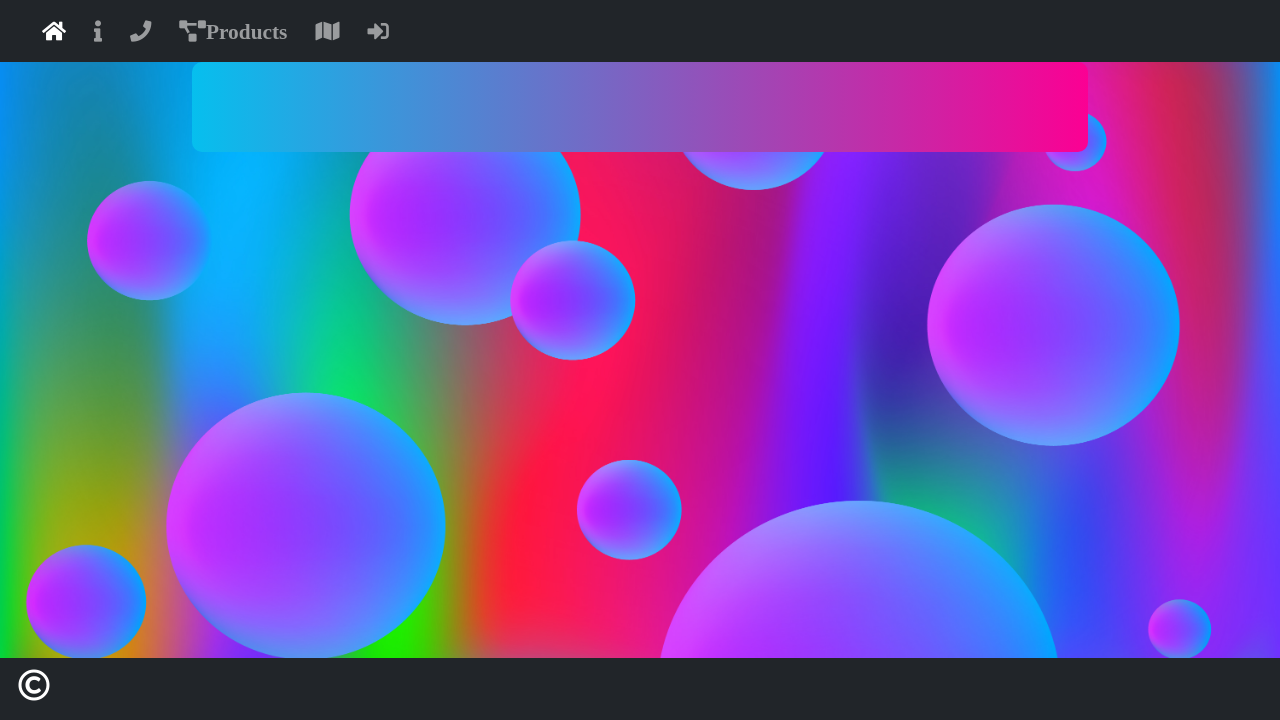
Repository: vans12345678/WEBD6201-W2021-Lab2
Page: index.html
The author's editor kept a copy of each file at every save. The page is drawn from the files as they stood at one save, then again after the next save.
The browser window is 1280 px wide. The pictures show the whole page.

Above is the page before, as saved 2021-02-25 18:39:55.
Console error: ReferenceError: core is not defined

### index.html
<!--Index.html
Name: Andre Agrippa, Michai Pryce
Date: 02/05/2021
-->
<!DOCTYPE html>
<html lang="en">
<head>
    <meta charset="UTF-8">
    <meta name="viewport" content="width=device-width, initial-scale=1.0">
    <title>Index</title>

    <!-- CSS Section -->
    <link rel="stylesheet" href="./node_modules/bootstrap/dist/css/bootstrap.min.css">
    <link rel="stylesheet" href="./node_modules/@fortawesome/fontawesome-free/css/all.min.css">
    <link rel="stylesheet" href="./Content/app.css">
</head>
<body class ="Vapor">
  <!-- Main Header -->
    <header>
      <!-- Main Navigation -->
        <nav class="navbar navbar-expand-lg navbar-dark bg-dark">
            <div class="container-fluid">
              <a id ="navHome" class="navbar-brand" href="index.html"></a>
              <button class="navbar-toggler" type="button" data-bs-toggle="collapse" data-bs-target="#navbarSupportedContent" aria-controls="navbarSupportedContent" aria-expanded="false" aria-label="Toggle navigation">
                <span class="navbar-toggler-icon"></span>
              </button>
              <div class="collapse navbar-collapse" id="navbarSupportedContent">
                <ul id = "ulNav" class="navbar-nav me-auto mb-2 mb-lg-0">
                  <li class="nav-item">
                    <a  class="nav-link active" aria-current="page" href="index.html"><i id ="navIndex"class = "fas fa-home fa-lg"></i></a>
                  </li>
                  <li class="nav-item" id ="navAbout">
                    <a  class="nav-link " aria-current="page" href="about.html"><i id ="navAboutItem"class = "fas fa-info fa-lg"></i></a>
                  </li>
                  <li class="nav-item">
                    <a  class="nav-link " aria-current="page" href="contact.html"><i id ="navContact"class = "fas fa-phone fa-lg"></i></a>
                  </li>
                  <li class="nav-item">
                    <a  class="nav-link" aria-current="page" href="projects.html"><i id ="navProjects" class ="fas fa-project-diagram fa-lg">Products</i></a>
                  </li>
                  <li class="nav-item">
                    <a  class="nav-link " aria-current="page" href="services.html"><i id ="navServices"class = "fas fa-map fa-lg"></i></a>
                  </li>
                  <li class="nav-item">
                    <a  class="nav-link " aria-current="page" href="login.html"><i id ="navLogin" class="fas fa-sign-in-alt fa-lg"></i></a>
                  </li>
                </ul>
              </div>
            </div>
          </nav>
    </header>
  <!-- Main Contents -->
    <main>
        <h1 id = "indexTitle" class = "container text-center"></h1>
        <h2 id="indexParagraph" class="fs-5 fw-bold text-center"></h2>
    </main>
    <!-- Main Footer -->
    <footer>
        <nav class="navbar fixed-bottom navbar-dark bg-dark">
            <div class="container-fluid">
                <h4><i id = "footer" class="far fa-copyright fa-lg site-footer"></i></h4>
            </div>
          </nav>
    </footer>
    <!-- Script Section -->
    <script src="./node_modules/jquery/dist/jquery.min.js"></script>
    <script src="./node_modules/bootstrap/dist/js/bootstrap.bundle.min.js"></script>
    <script src="./Scripts/app.js"></script>
    <script src="./Scripts/user.js"></script>
</body>
</html>

### Content/app.css
/* custom css goes here */
.Vapor {
    background-image: url('../images/vapor.jpg');
    background-repeat: no-repeat;
    background-attachment: fixed;
    background-size: 100% 100%;
  }
  a {
    color: greenyellow;
  }
  .textFont
  {
    font-family: Arial, Helvetica, sans-serif;
    line-height: 32px;
  }
  body
  {
    background-color: rgb(90, 90, 90);
  }
  h1.container{
    border-radius: 10px;
    width: 70%;
    height: 90px;
    margin: 0px auto;
    background: linear-gradient(90deg,#06bfee,#fb0093)
  }
  h1.projects{
    background-color: white;
  }
  .contact-table{
    width: 100%;
    margin:  50px auto;
    background-color: white;
  }
  .contact-form
  {
    width: 100%;
    margin:  100px auto;
  }
  .warnMessage
  {
    width: 90%;
    margin:  50px;
  }
  .site-footer {
    color:white;
  }
  .formMargin
  {
    margin: 35px 70px;
  }
  .inputMargin
  {
    margin: 5px 10px;
  }
  .fromBackground
  {
    background-color: rgba(20, 174, 235, 0.822);
    border: 5px solid rgb(0, 238, 255);

  }
  i{
    margin:7px 6px;
  }

### Scripts/app.js
/************************************************************
 * Name: Andre Agrippa, Michai Pryce
 * Date: 01/20/2021
 * Description: This file adds functionality to the Home,
 * About Us, Human Resources, Contact Us, Projects and Services
 * pages.
 * Date Completed:
 */

"use strict";


(function(){

    /**
     * Display Nav bar function to display nav and footer
     */
    function DisplayNav()
    {
        let navTextElement = document.getElementById("navHome").textContent = "WEBD 6201";
        navTextElement = document.getElementById("navIndex").textContent = "Home";
        navTextElement = document.getElementById("navAboutItem").textContent = "About Us";

        let navAboutElement = document.getElementById("navAbout");
        let hrListItem = document.createElement("li");
        hrListItem.setAttribute("id", "liHumanResources");
        hrListItem.setAttribute("class", "nav-item");
        let navbar = document.getElementById("ulNav").appendChild(hrListItem);
        hrListItem.innerHTML = `<a class="nav-link" aria-current="page" href="human-resources.html">
        <i id ="navHumanResources" class ="fas fa-project-diagram fa-lg">Human Resources</i></a>`;
        if(document.title === "Human Resources"){
            hrListItem.innerHTML = `<a class="nav-link active" aria-current="page" href="human-resources.html">
            <i id ="navHumanResources" class ="fas fa-project-diagram fa-lg">Human Resources</i></a>`;
        }

        navAboutElement.after(hrListItem);

        navTextElement = document.getElementById("navContact").textContent = "Contact Us";
        navTextElement = document.getElementById("navProjects").textContent = "Projects";
        navTextElement = document.getElementById("navServices").textContent = "Services";
        navTextElement = document.getElementById("navLogin").textContent = "Login";
        navTextElement = document.getElementById("footer").textContent = "Copyright 2021.";
    }

    /**
     * Display home to display index page
     */
    function displayHome()
    {
        DisplayNav();
        let introText = "This is a simple site to demonstrate the about, contact, human resources, projects and services requirements for Lab 1 WEBD 6201 - Client Side Scripting";
        let titleText = "Welcome to WEBD 6201";

        let introTextElement = document.getElementById("indexTitle").textContent = titleText;
        introTextElement = document.getElementById("indexParagraph").textContent = introText;

    }
    /**
     * Display about to display about the creators
     */
    function displayAbout()
    {
        DisplayNav();

        //About Andre
        let aboutElement = document.getElementById("aboutTitle").textContent = "About Us";
        aboutElement = document.getElementById("aboutAText");
        aboutElement.innerHTML = `<h1>Andre Agrippa:</h1>
        <p class = "">I'm a 2nd year student at Durham College in the Computer Programming and Analysis program. I've been
        coding for several years now because I enjoy it and always looking to improve in this aspect.</p>
        <a class = "fa-lg" href="./resumes/andre_resume.pdf" download>Resume Download</a></br></br>
        <img src="./images/aa.jpg" alt="" style="width:500px;height:450px;">`;

        //About Michai
        aboutElement.innerHTML += `<h1>Michai Pryce:</h1>
        <p class = ""> Hello, I am in my final year in the Computer Programming Program at Durham College. I love
        to code and learn about the evergrowing advancements in technology. This is the demonstration for our first lab!
        </p>
        <a class = "fa-lg" href="./resumes/Copy_of_Resume.docx" download>Resume Download</a></br></br>
        <img src="./images/m.jpg" alt="" style="width:500px;height:450px;">`;

    }
    /**
     * Display top 3 projects page
     */
    function displayProjects()
    {
        DisplayNav();

        //Projects 1
        let projectsElement = document.getElementById("projectsTitle").textContent = "Projects";
        projectsElement = document.getElementById("projectsText").innerHTML =
        `<h3>Project One: COBOL Item List</h3>
        <p>This project reads records from a .dat file, performs calculations on the data then outputs it to a .out file neatly formatted.</p>
        <img src="./images/p1.png" alt="" style="width:800px;height:500px;">`;

        //Projects 2
        projectsElement = document.getElementById("projectsText").innerHTML +=
        `<h3>Project Two: C#, XAML, MDF  Preferred Shares and Common Shares</h3>
        <p>This project uses XAML for the windows form and a database to keep track of common and preferred shares.
        The database keeps track of how many shares(common/preferred) are  available and validation is applied.</p>
        <img src="./images/p2.png" alt="" style="width:800px;height:500px;">`;

        //Projects 3
        projectsElement = document.getElementById("projectsText").innerHTML +=
        `<h3>Project Three: ASP.NET and MVC Framework Animal Shelter</h3>
        <p>This project is a web application that keeps track of animals, owners, appointment and login info in a database.
        Relational database concepts are applied.</p>
        <img src="./images/p3.png" alt="" style="width:800px;height:500px;">`;

    }
    /**
     * Display top 3 services page
     */
    function displayServices()
    {
        DisplayNav();

        //Services 1
        let servicesElement = document.getElementById("servicesTitle").textContent = "Services";
        servicesElement = document.getElementById("servicesText").innerHTML =
        `<h3>Web Development:</h3>
        <p>We offer a variety of different web development (Front-end, Back-end, Databases). Languages (PHP, ASP.NET, JavaScript)</p>
        <img src="./images/s1.jpg" alt="" style="width:800px;height:500px;">`;

        //Services 2
        servicesElement = document.getElementById("servicesText").innerHTML +=
        `<h3>OOP Programming</h3>
        <p>We offer a variety of different Object Oriented Programming. We're experienced with C#, C++, Java etc.
        Whether it be windows forms applications, console applications GUI, etc.</p>
        <img src="./images/s2.png" alt="" style="width:800px;height:500px;">`;

        //Services 3
        servicesElement = document.getElementById("servicesText").innerHTML +=
        `<h3>Database Management System</h3>
        <p>It's been almost 3 years since we've had experience in database development. We've used software such as
        Microsoft SQL Server and PgAdmin4. Experienced with relational database concepts.</p>
        <img src="./images/s3.jpg" alt="" style="width:800px;height:500px;">`;


    }
    /**
     * Display contact form page
     */
    function displayContact()
    {
        DisplayNav();

        let messageArea = document.getElementById("messageArea");
        messageArea.hidden = true;

        //form validation
        let fullName = document.getElementById("fullName");
        fullName.addEventListener("blur", function()
        {
            if(fullName.value.length < 2)
            {
                fullName.focus();
                fullName.select();
                messageArea.hidden = false;
                messageArea.className = "alert alert-danger  ";
                messageArea.textContent = "Please enter an appropriate name > 2 characters";
            }
            else
            {
                messageArea.removeAttribute("class");
                messageArea.hidden = true;
            }
        });
            let sendButton = document.getElementById("sendButton");
            sendButton.addEventListener("click", function(event)
            {
                event.preventDefault();
                // //Displays twice?

                let contact = new Contact(fullName.value,contactNumber.value, emailAddress.value, shortMessage.value);

                console.log(contact.serialize());
                if(contact.serialize())
                {
                    localStorage.setItem((localStorage.length + 1).toString(),contact.serialize());

                    window.location.href = "index.html";
                }

            });

    }
    /**
     * Human resources page
     */
    function displayHumanResources()
    {
        DisplayNav();
    }
    function displayLogin()
    {
        DisplayNav();
        let messageArea = document.getElementById("messageArea");
        $("#loginButton").on("click", function ()
        {
            let username = $("#username");
            let password = $("#password");
            let success = false;
            let newUser = new core.User();

            //user ajax to access the json file
            $.get("./Data/users.json", function(data)
            {
                //Check each user in the users.json file (linear search)
                for (const user of data.users) {
                    if(username.val()== user.Username && password.val() == user.Password)
                    {
                        newUser.fromJSON(user);
                        success = true;
                        break;
                    }
                }

                //If username and password matches - success, then login
                if(success)
                {
                    //Add user to session storage
                    sessionStorage.setItem("user", newUser.serialize());

                    //hide any error messages
                    messageArea.hidden = true;

                    //redirect user to secure area (contact list?)
                    location.href = "index.html";
                }
                else
                {
                    //display error message
                    username.trigger("focus").trigger("select");
                    messageArea.hidden = false;
                    messageArea.className = "alert alert-danger text-center";
                    messageArea.textContent = "Error: Invalid login information";
                    //messageArea.show().addClass("alert alert-danger").text("Error: Invalid login information");
                }
            });
        });
    }
    function displayRegister()
    {
        DisplayNav();
    }

    /**
     * Start function, depending on document title will load specific page
     */
    function Start()
    {
        console.log("App Started...");

        //Based of title of html
        switch(document.title)
        {
            case "Index":
                displayHome();
                break;
            case "About Us":
                displayAbout();
                break;
            case "Projects":
                displayProjects();
                break;
            case "Services":
                displayServices();
                break;
            case "Contact Us":
                displayContact();
                break;
            case "Contact-List":
                displayContactList();
                break;
            case "Human Resources":
                displayHumanResources();
                break;
            case "Login":
                displayLogin();
                break;
            case "Register":
                displayRegister();
                break;
        }


    }

    window.addEventListener("load", Start);

    core.Start = Start;

})(core || (core={}));

### Scripts/user.js
"use strict";
// User Class

((core)=>
{
  class User {
    // getters and setters
    get DisplayName()
    {
      return this.m_displayName;
    }

    set DisplayName(value)
    {
      this.m_displayName = value;
    }

    get EmailAddress()
    {
      return this.m_emailAddress;
    }

    set EmailAddress(value)
    {
      this.m_emailAddress = value;
    }

    get Username()
    {
      return this.m_username;
    }

    set Username(value)
    {
      this.m_username = value;
    }
    get Password()
    {
      return this.m_password;
    }

    set Password(value)
    {
      this.m_password = value;
    }

    // constructor
    /**
     * Creates an instance of user
     * @param {string} displayName
     * @param {string} emailAddress
     * @param {string} username
     * @param {string} password
     */
    constructor(displayName = "", emailAddress = "", username = "", password = "")
    {
      this.DisplayName = displayName;
      this.EmailAddress = emailAddress;
      this.Username = username;
      this.Password = password;

    }

    // methods

    /**
     * This method overrides the built-in toString method for the User class
     *
     * @returns {string}
     */
    toString()
    {
      return `Display Name     : ${this.DisplayName}\nEmail Address : ${this.EmailAddress}\nUser Name : ${this.Username}`;
    }

    /**
     * This method returns a JSON object made up of the properties of the User class
     *
     * @returns {Object}
     */
    toJSON()
    {
      return {
        "DisplayName": this.DisplayName,
        "EmailAddress": this.EmailAddress,
        "Username":this.Username
      }
    }

    /**
     * This method takes a JSON data object and assigns the value to the User class properties
     *
     * @param {Object} data
     */
    fromJSON(data)
    {
      this.DisplayName = data.DisplayName;
      this.EmailAddress = data.EmailAddress;
      this.Username = data.Username;
      this.Password = data.Password;
    }

    /**
     * This method converts the User into a comma-separated value string
     *
     * @returns {string}
     */
    serialize()
    {
      if(this.DisplayName !== "" && this.EmailAddress !== "" && this.Username !== "")
      {
        return `${this.DisplayName},${this.EmailAddress},${this.Username}`;
      }
      else
      {
        console.error("One or more properties of the User is empty");
        return null;
      }
    }

    /**
     * This method takes a comma-separated data string and assigns the values to the User class properties
     *
     * @param {string} data
     * @return {void}
     */
    deserialize(data)
    {
      let propertyArray = data.split(",");
      this.DisplayName = propertyArray[0];
      this.EmailAddress = propertyArray[1];
      this.Username = propertyArray[2];
    }
  }

  core.User = User;

})(core || (core={}));

### Scripts/namespace.js
//Namespace core
let core;

Loaded but not shown: node_modules/bootstrap/dist/css/bootstrap.min.css (library); node_modules/@fortawesome/fontawesome-free/css/all.min.css (library); node_modules/jquery/dist/jquery.min.js (library); node_modules/bootstrap/dist/js/bootstrap.bundle.min.js (library)

After the next save:
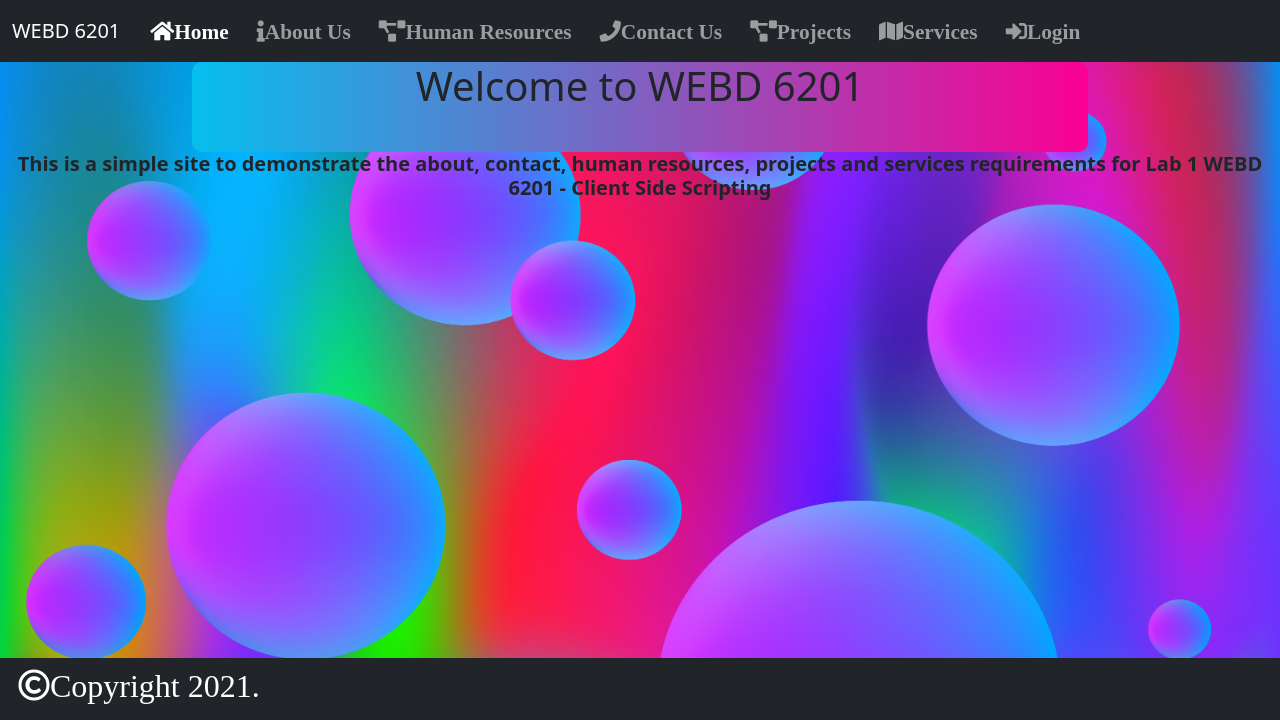
The error is gone.
Saved 3 min 5 s later.
--- a/index.html
+++ b/index.html
@@ -65,7 +65,8 @@
     <!-- Script Section -->
     <script src="./node_modules/jquery/dist/jquery.min.js"></script>
     <script src="./node_modules/bootstrap/dist/js/bootstrap.bundle.min.js"></script>
+    <script src="./Scripts/namespace.js"></script>
+    <script src="./Scripts/user.js"></script>
     <script src="./Scripts/app.js"></script>
-    <script src="./Scripts/user.js"></script>
 </body>
 </html>
